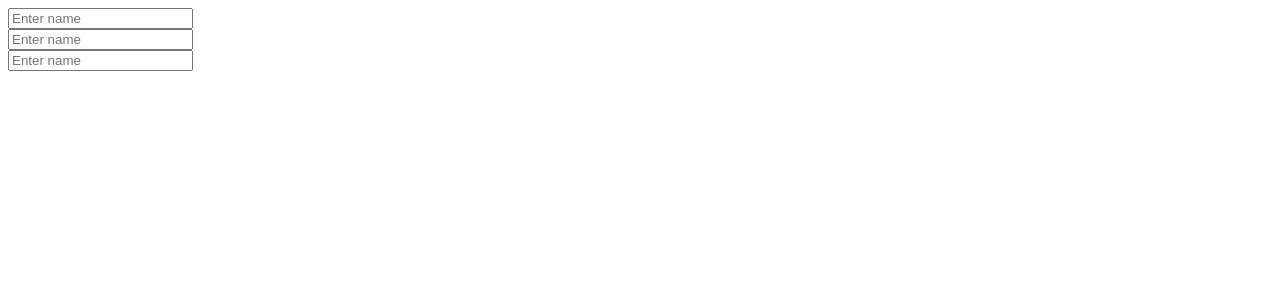
Repository: Senyadt2/Projects-On-Java
Page: http://localhost/RegisterLogin/register.jsp
These files come from the project's save history. The page is drawn as it stood at one moment and after the next save; the edit follows.
The browser window is 1280 px wide. The pictures show the whole page.
The page is served by Tomcat 9. Other server files are loaded and not shown.

Above is the page before, as saved 2024-03-25 11:59:21.

### RegisterLogin/src/main/webapp/register.jsp
<%@ page language="java" contentType="text/html; charset=ISO-8859-1"
	pageEncoding="ISO-8859-1"%>
<!DOCTYPE html>
<html>
<head>
<meta charset="ISO-8859-1">
<title>Insert title here</title>
</head>
<body>
	<form action="">
	<input type="text" placeholder="Enter name"><Br>
	<input type="text" placeholder="Enter name"><Br>
	<input type="text" placeholder="Enter name"><Br>
	</form>

</body>
</html>

After the next save:
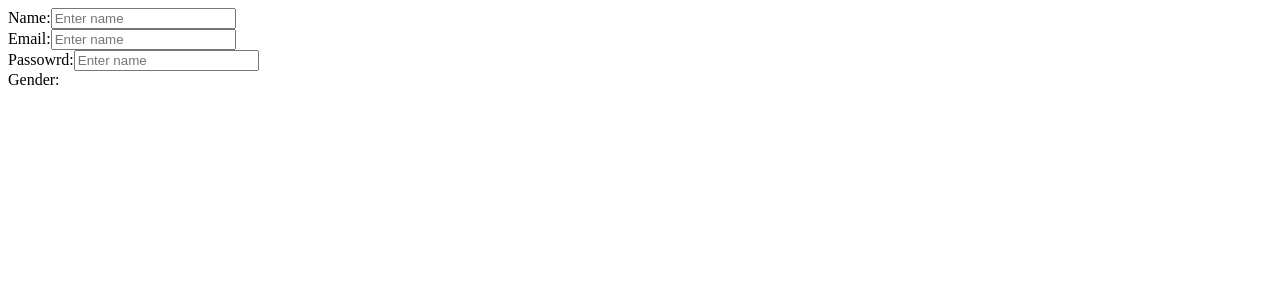
Saved 16 s later.
--- a/RegisterLogin/src/main/webapp/register.jsp
+++ b/RegisterLogin/src/main/webapp/register.jsp
@@ -8,10 +8,10 @@
 </head>
 <body>
 	<form action="">
-	<input type="text" placeholder="Enter name"><Br>
-	<input type="text" placeholder="Enter name"><Br>
-	<input type="text" placeholder="Enter name"><Br>
-	</form>
+	Name:<input type="text" placeholder="Enter name"><Br>
+	Email:<input type="text" placeholder="Enter name"><Br>
+	Passowrd:<input type="text" placeholder="Enter name"><Br>
+	Gender:</form>
 
 </body>
 </html>
